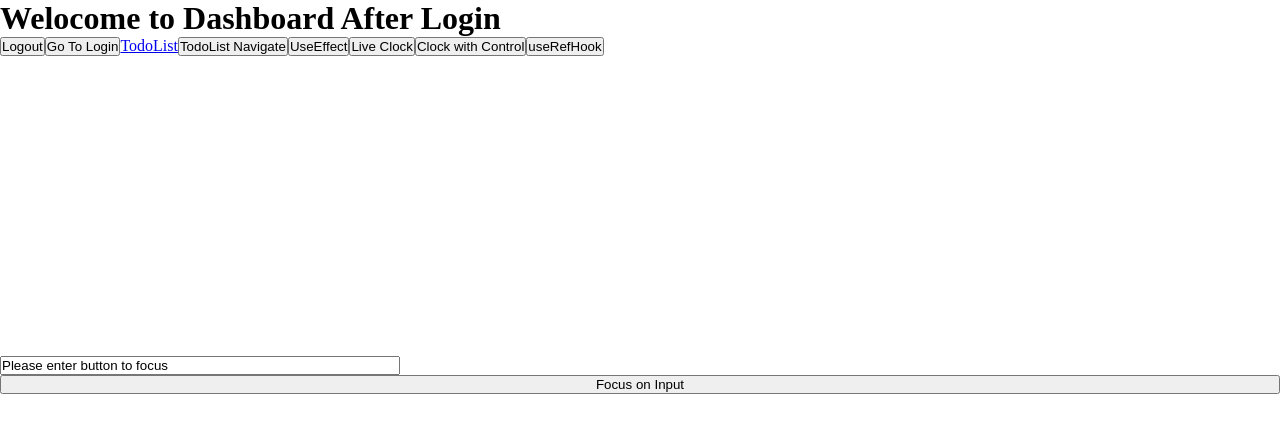
Repository: harshrathore123/ReactPractice
Page: /dashboard/useRefHook (app in my-app/)
These files come from the project's save history. The page is drawn as it stood at one moment and after a run of saves; the edit follows.
The browser window is 1280 px wide. The pictures show the whole page.
The project was rebuilt for these pictures with package versions that can differ from the ones it lists, and the page was loaded fresh each time. Also part of the build but not shown: my-app/vite.config.js, my-app/src/component/Desctructuing.jsx, my-app/src/component/FirstName.jsx, my-app/src/component/Increment.jsx, my-app/src/component/Event.jsx, my-app/src/component/Form.jsx, my-app/src/component/Rendering.jsx, my-app/src/component/RenderingList.jsx and 7 more.

Above is the page before, as saved 2025-10-13 12:50:49.

After the next 2 saves:
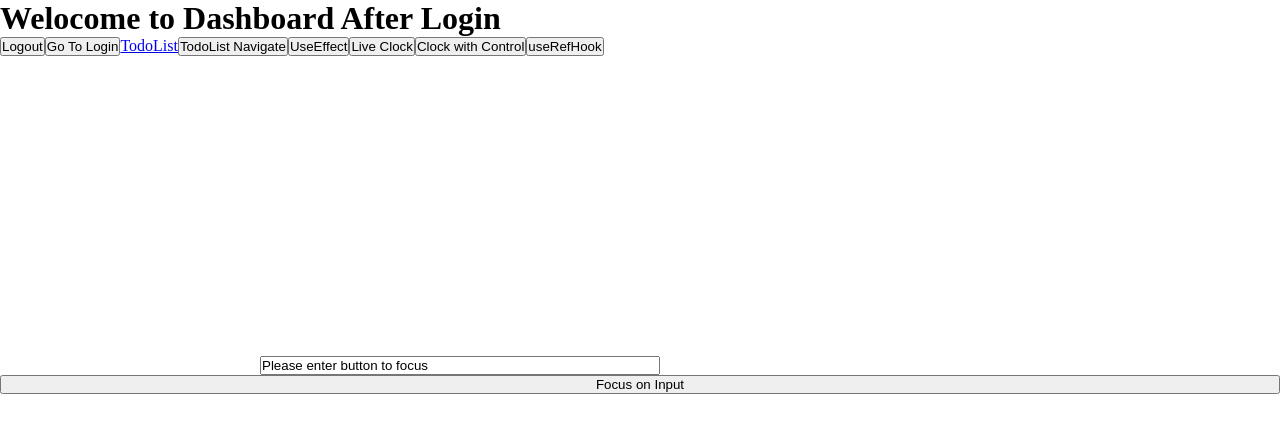
The 2 saves are shown as one change because they came seconds apart.
The last was saved 11 s later.
--- a/my-app/src/component/Hooks/useRefHook.jsx
+++ b/my-app/src/component/Hooks/useRefHook.jsx
@@ -6,7 +6,7 @@ export default function UseRefHook(){
     return(
         <>
         <div className="coainer" style={{display:"flex",justifyContent:"center",alignContent:"center",marginTop:"300px",flexDirection:"column"}}>
-        <input type="text" placeholder="Please enter button to focus" style={{width:"400px"}} />
+        <input type="text" placeholder="Please enter button to focus" style={{width:"400px",marginLeft:"260px"}} />
         <button onClick={focusInput}>Focus on Input</button>
         </div>
 
